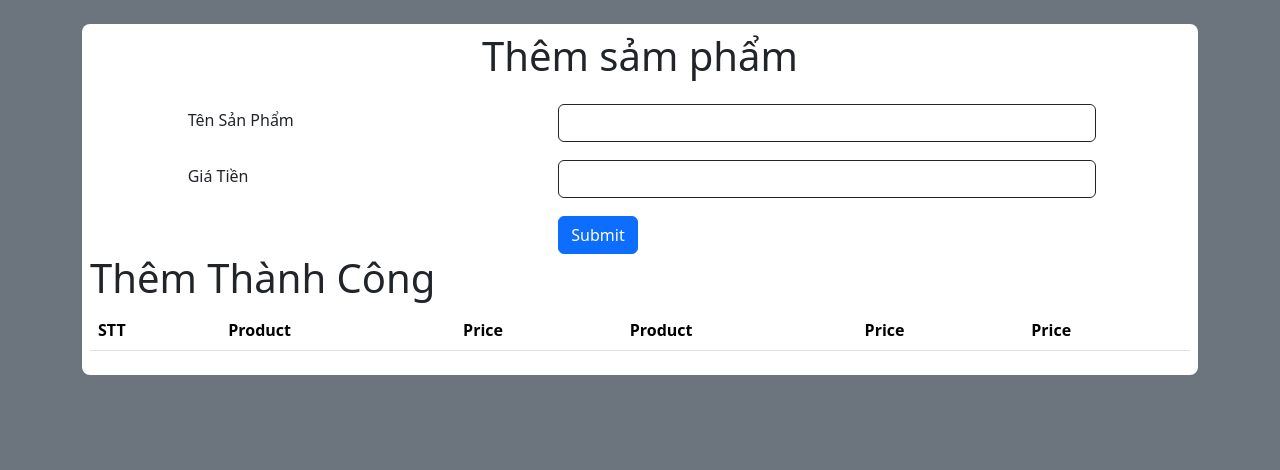
Repository: HT-35/iuh
Page: thi GK/index.html
The author's editor kept a copy of each file at every save. The page is drawn from the files as they stood at one save, then again after the next save.
The browser window is 1280 px wide. The pictures show the whole page.

Above is the page before, as saved 2024-03-27 18:35:09.

After the next save:
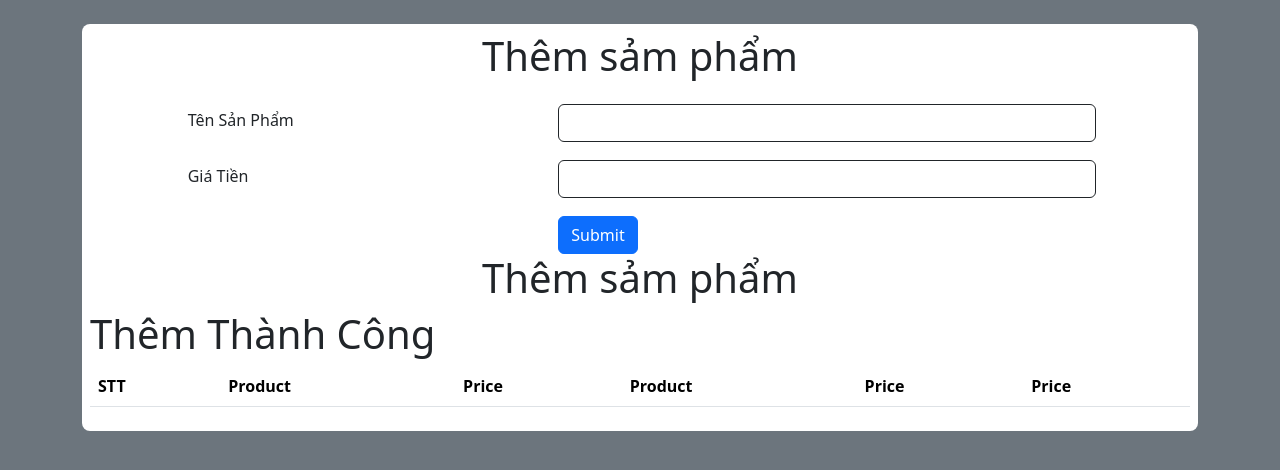
Saved 12 s later.
--- a/thi GK/index.html
+++ b/thi GK/index.html
@@ -60,8 +60,8 @@
           </div>
 
           <div class="table-responsive">
-            <div class="">
-              <div class=""></div>
+            <div class="title col-12 col-sm-12 col-md-12 col-lg-12">
+              <h1 class="text-center">Thêm sảm phẩm</h1>
             </div>
             <h1>Thêm Thành Công </h1>
             <table class="table">

After the save that followed:
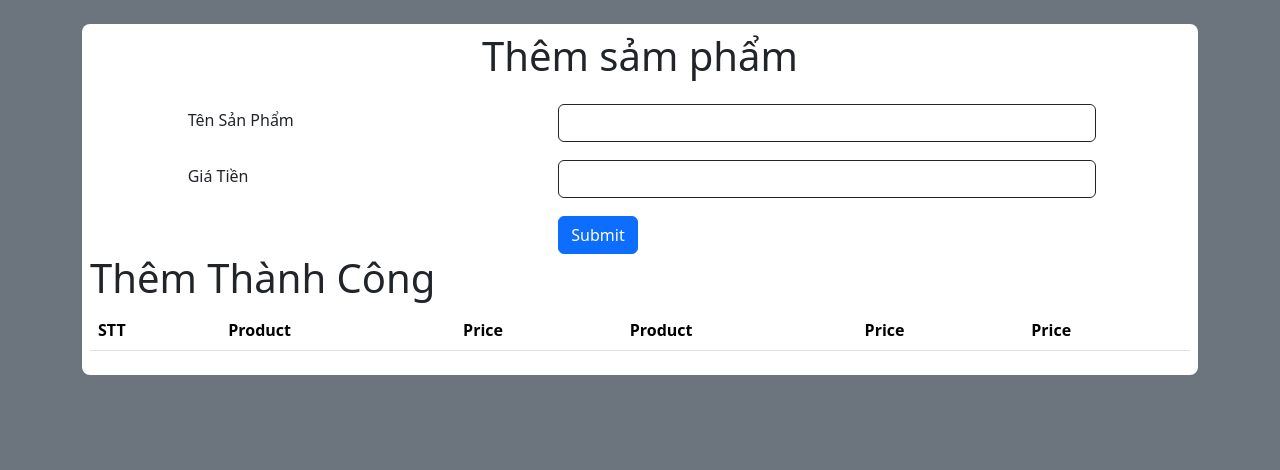
Saved 4 s later.
--- a/thi GK/index.html
+++ b/thi GK/index.html
@@ -61,9 +61,9 @@
 
           <div class="table-responsive">
             <div class="title col-12 col-sm-12 col-md-12 col-lg-12">
-              <h1 class="text-center">Thêm sảm phẩm</h1>
+              <h1>Thêm Thành Công </h1>
             </div>
-            <h1>Thêm Thành Công </h1>
+
             <table class="table">
               <thead>
                 <tr>
